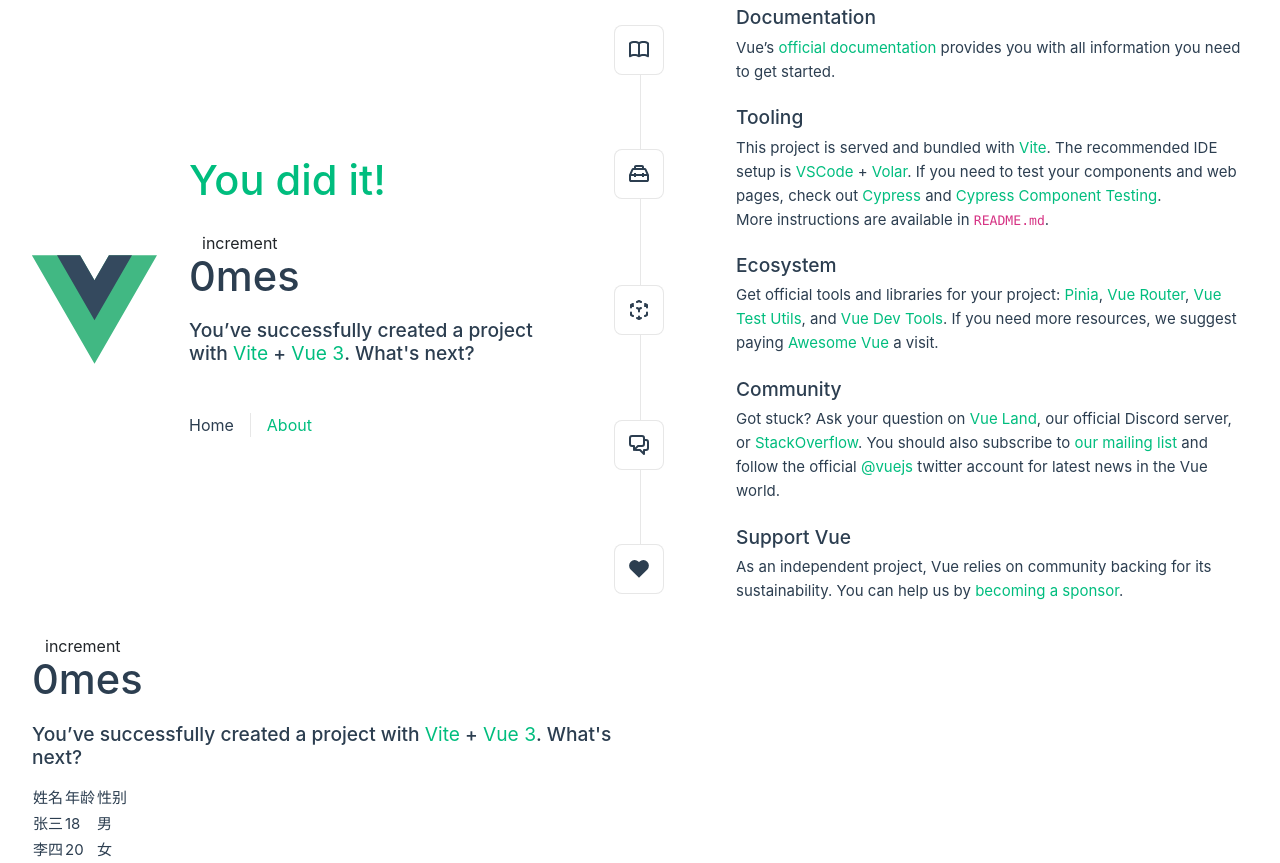
Repository: yuandinghh/vue
Page: /
The author's editor kept a copy of each file at every save. The page is drawn from the files as they stood at one save, then again after the next save.
The browser window is 1280 px wide. The pictures show the whole page.
The project was rebuilt for these pictures with package versions that can differ from the ones it lists, and the page was loaded fresh each time. Also part of the build but not shown: vite.config.ts.

Above is the page before, as saved 2023-03-21 23:50:45.

### index.html
<!DOCTYPE html>
<html lang="en">
  <head>
    <meta charset="UTF-8">
    <link rel="icon" href="/favicon.ico">
    <meta name="viewport" content="width=device-width, initial-scale=1.0">
    <link href="https://cdn.staticfile.org/twitter-bootstrap/5.1.1/css/bootstrap.min.css" rel="stylesheet">
    <script src="https://cdn.staticfile.org/twitter-bootstrap/5.1.1/js/bootstrap.bundle.min.js"></script>
    <title>Vite App</title>
  </head>
  <body>
    <div id="app"></div>
    <script type="module" src="/src/main.ts"></script>
  </body>
</html>

### src/App.vue
<script setup lang="ts">
import { RouterLink, RouterView } from "vue-router";
import HelloWorld from "./components/HelloWorld.vue";
</script>

<template>
    <header>
      <img alt="Vue logo" class="logo" src="@/assets/logo.svg" width="125" height="125" />

      <div class="wrapper">
        <HelloWorld msg="You did it!" />

        <nav>
          <RouterLink to="/">Home</RouterLink>
          <RouterLink to="/about">About</RouterLink>
        </nav>
      </div>
    </header>
    <RouterView />
    <div>
    <HelloWorld />
    <!-- 写一个表格 -->
    <div>
      <table>
        <tr>
          <th>姓名</th>
          <th>年龄</th>
          <th>性别</th>
        </tr>
        <tr>
          <td>张三</td>
          <td>18</td>
          <td>男</td>
        </tr>
        <tr>
          <td>李四</td>
          <td>20</td>
          <td>女</td>
        </tr>
      </table>
    </div>
  </div>
</template>


<style scoped>
header {
  line-height: 1.5;
  max-height: 100vh;
}

.logo {
  display: block;
  margin: 0 auto 2rem;
}

nav {
  width: 100%;
  font-size: 12px;
  text-align: center;
  margin-top: 2rem;
}

nav a.router-link-exact-active {
  color: var(--color-text);
}

nav a.router-link-exact-active:hover {
  background-color: transparent;
}

nav a {
  display: inline-block;
  padding: 0 1rem;
  border-left: 1px solid var(--color-border);
}

nav a:first-of-type {
  border: 0;
}

@media (min-width: 1024px) {
  header {
    display: flex;
    place-items: center;
    padding-right: calc(var(--section-gap) / 2);
  }

  .logo {
    margin: 0 2rem 0 0;
  }

  header .wrapper {
    display: flex;
    place-items: flex-start;
    flex-wrap: wrap;
  }

  nav {
    text-align: left;
    margin-left: -1rem;
    font-size: 1rem;

    padding: 1rem 0;
    margin-top: 1rem;
  }
}
</style>

### src/components/HelloWorld.vue


<script setup lang="ts">
import { defineProps } from "vue";
import { computed, reactive } from "vue";

defineProps<{
  msg: string;
}>();

// export default {
//  setup() {
    const state = reactive({
      count: 0,
    });

    const increment = () => {
      state.count++;
    };

    // return {
    //   ...state,
    //   increment,
    // };

 //  },
// };
</script>

<template>
  <div class="greetings">
    <h1 class="green">{{ msg }}</h1>
    <button @click="increment" class="btn btn-prime"> increment</button>
    <h1>{{state.count}}mes</h1>
    <h3>
      You’ve successfully created a project with
      <a
        href="https://vitejs.dev/"
        target="_blank"
        rel="noopener"
      >Vite</a> +
      <a href="https://vuejs.org/" target="_blank" rel="noopener">Vue 3</a>. What's next?
    </h3>
    <p>{{ count }}</p>
    <!-- <p>{{ str }}</p> -->
  </div>
</template>

<style scoped>
h1 {
  font-weight: 500;
  font-size: 2.6rem;
  top: -10px;
}

h3 {
  font-size: 1.2rem;
}

.greetings h1,
.greetings h3 {
  text-align: center;
}

@media (min-width: 1024px) {
  .greetings h1,
  .greetings h3 {
    text-align: left;
  }
}
</style>

Loaded but not shown: src/main.ts (common file); src/router/index.ts (common file); src/assets/main.css (common file); src/views/HomeView.vue (common file); src/assets/base.css (common file); src/components/TheWelcome.vue (common file); src/components/WelcomeItem.vue (common file); src/components/icons/IconDocumentation.vue (common file); src/components/icons/IconTooling.vue (common file); src/components/icons/IconEcosystem.vue (common file); src/components/icons/IconCommunity.vue (common file); src/components/icons/IconSupport.vue (common file)

After the next save:
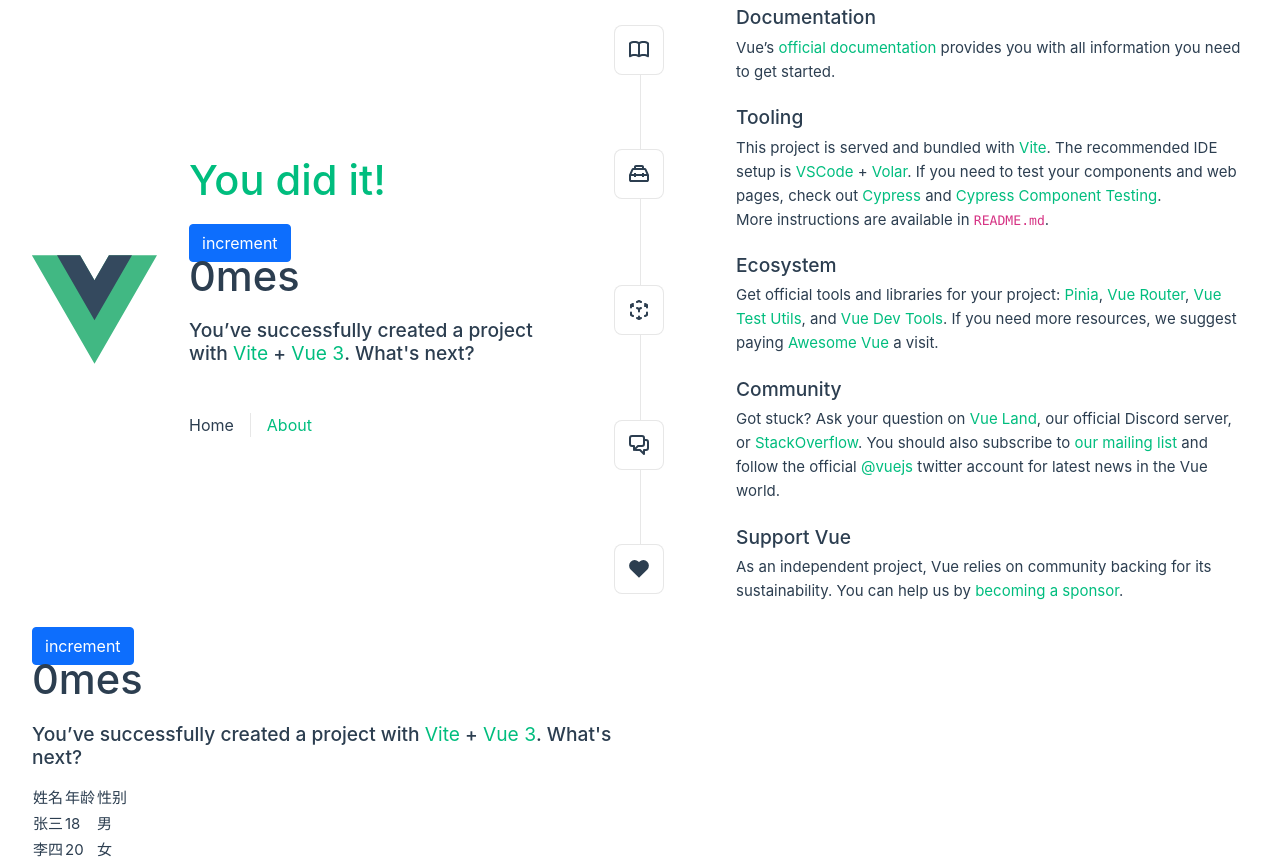
Saved 38 s later.
--- a/src/components/HelloWorld.vue
+++ b/src/components/HelloWorld.vue
@@ -30,7 +30,7 @@
 <template>
   <div class="greetings">
     <h1 class="green">{{ msg }}</h1>
-    <button @click="increment" class="btn btn-prime"> increment</button>
+    <button @click="increment" class="btn btn-primary"> increment</button>
     <h1>{{state.count}}mes</h1>
     <h3>
       You’ve successfully created a project with
